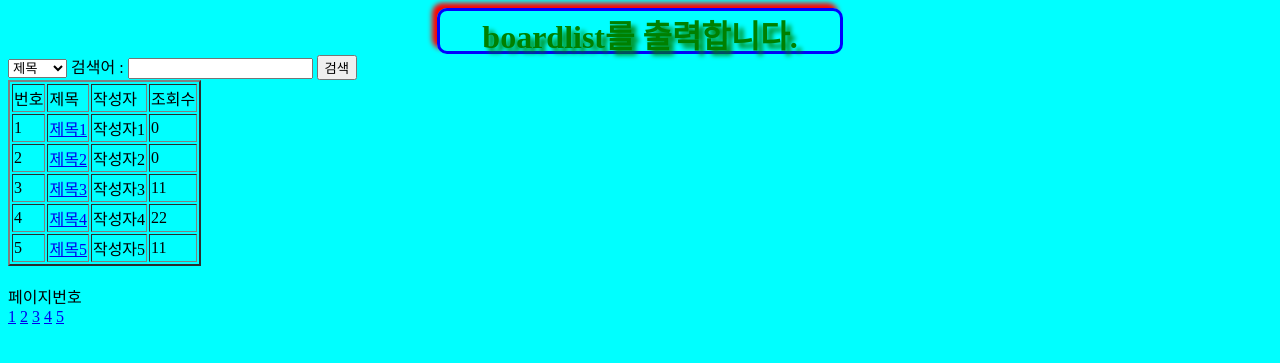
Repository: Pang-Ho/TIL
Page: JavaScript/workspace_web/htmltest/WebContent/boardlist.html
An editor plug-in stored every save of this project. The page is shown before and after the next save, followed by the edit.
The browser window is 1280 px wide. The pictures show the whole page.

Above is the page before, as saved 2021-08-20 08:40:26.

### JavaScript/workspace_web/htmltest/WebContent/boardlist.html
<!DOCTYPE html>
<html>
<head>
<meta charset="UTF-8">
<title>Insert title here</title>
<style type="text/css">
	body{
	background-color: aqua;
	}
	h1{
	color : green;
	width : 400px;
	margin:auto;
	text-align:center;
	text-shadow : 5px 5px 5px green;
	box-shadow : -5px -5px 5px red;
	height : 40px;
	border : solid blue;
	border-radius: 10px 10px 10px 10px;
	}
</style>

</head>
<body>
	<h1>boardlist를 출력합니다.</h1>
	<form action="boardsearch.html">
		<select>
			<option>제목</option>
			<option>내용</option>
			<option>작성자</option>
		</select>
		검색어 : <input type="search">
		<input type="submit" value=검색>
	</form>
	<table border=2>
		<tr> <td>번호</td> <td>제목</td> <td>작성자</td> <td>조회수</td> </tr>
		<tr> <td>1</td> <td><a href="boarddetail.html">제목1</a></td> <td>작성자1</td> <td>0</td> </tr>
		<tr> <td>2</td> <td><a href="boarddetail.html">제목2</a></td> <td>작성자2</td> <td>0</td> </tr>
		<tr> <td>3</td> <td><a href="boarddetail.html">제목3</a></td> <td>작성자3</td> <td>11</td> </tr>
		<tr> <td>4</td> <td><a href="boarddetail.html">제목4</a></td> <td>작성자4</td> <td>22</td> </tr>
		<tr> <td>5</td> <td><a href="boarddetail.html">제목5</a></td> <td>작성자5</td> <td>11</td> </tr>
	</table>
	<br>페이지번호<br>
	<a href="boardlist.html">1</a>
	<a href="boardlist.html">2</a>
	<a href="boardlist.html">3</a>
	<a href="boardlist.html">4</a>
	<a href="boardlist.html">5</a>

</body>
</html>

After the next save:
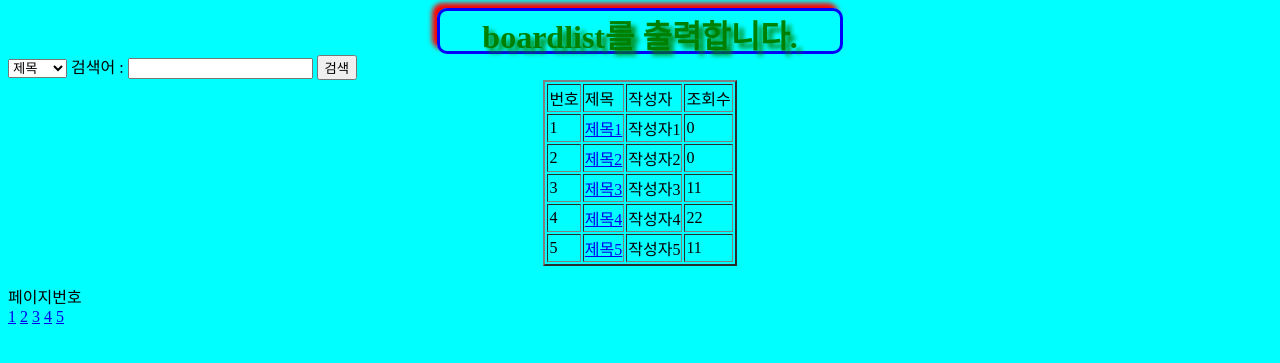
Saved 88 s later.
--- a/JavaScript/workspace_web/htmltest/WebContent/boardlist.html
+++ b/JavaScript/workspace_web/htmltest/WebContent/boardlist.html
@@ -17,6 +17,9 @@
 	height : 40px;
 	border : solid blue;
 	border-radius: 10px 10px 10px 10px;
+	}
+	table{
+	margin:auto;
 	}
 </style>
 
